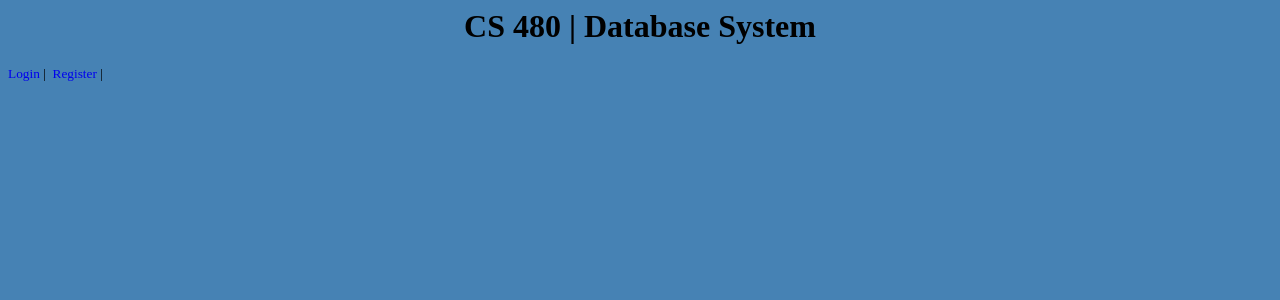
Repository: JSneak/cs480
Page: http://localhost/CS480Template/jsps/top.jsp
An editor plug-in stored every save of this project. The page is shown before and after the next save, followed by the edit.
The browser window is 1280 px wide. The pictures show the whole page.
The page is served by Tomcat 9.

Above is the page before, as saved 2021-10-13 03:58:25.

After the next save:
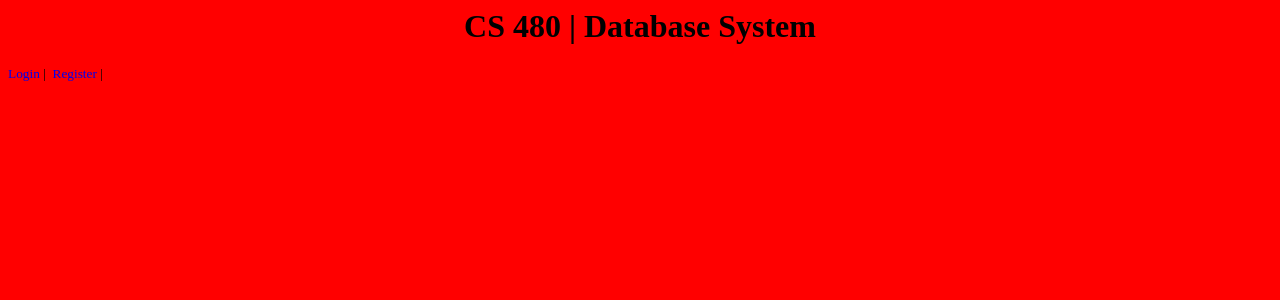
Saved 38 s later.
--- a/CS480Template/src/main/webapp/jsps/top.jsp
+++ b/CS480Template/src/main/webapp/jsps/top.jsp
@@ -18,7 +18,7 @@
 	-->
 <style type="text/css">
 	body {
-		background: #4682B4;
+		background: red;
 	}
 	a {
 		text-transform:none;
